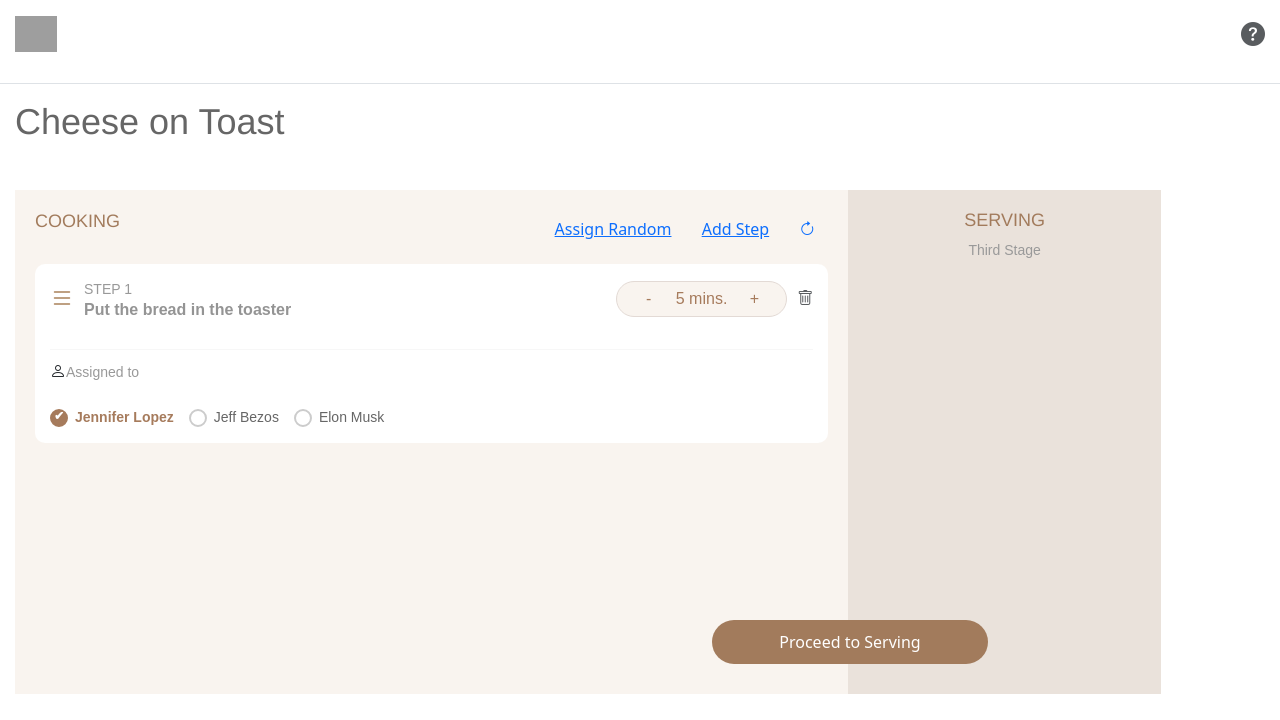
Repository: devashrisamani/SMC
Page: assign.html
The author's editor kept a copy of each file at every save. The page is drawn from the files as they stood at one save, then again after the next save.
The browser window is 1280 px wide. The pictures show the whole page.
Pictures or frames that could not be fetched are drawn as grey boxes. An inner scrolling area shows only its first screen. Some web libraries are served in a nearby version.

Above is the page before, as saved 2024-10-10 14:47:24.

### assign.html
<!DOCTYPE html>
<html lang="en">
  <head>
    <meta charset="UTF-8" />
    <meta name="viewport" content="width=device-width, initial-scale=1.0" />
    <link
      href="https://cdn.jsdelivr.net/npm/bootstrap@5.3.0-alpha1/dist/css/bootstrap.min.css"
      rel="stylesheet"
    />
    <link
      href="https://cdn.jsdelivr.net/npm/bootstrap-icons/font/bootstrap-icons.css"
      rel="stylesheet"
    />
    <link rel="stylesheet" href="styles.css" />
    <title>Assign Page</title>
    <style>
      /* Fixed height and scrollable container */
      .items-needed {
        background-color: #f9f4ef;
        height: 400px;
        overflow-y: auto;
        padding: 20px;
      }

      .list-group {
        margin: 0;
        padding: 0;
        list-style-type: none;
      }

      .step-item {
        border: 1px solid #ddd;
        border-radius: 10px;
        padding: 15px;
        background-color: #f9f9f9;
        margin-bottom: 10px;
      }

      .handle-icon {
        margin-right: 10px;
        font-size: 24px;
        color: #a67c52;
      }

      .step-number {
        margin: 0;
        font-size: 12px;
        color: #a67c52;
      }

      .step-title {
        margin: 0;
        font-size: 16px;
        font-weight: bold;
        color: #949494;
      }

      .step-divider {
        border: none;
        border-top: 1px solid #ddd;
        margin: 10px 0;
      }

      .step-header {
        display: flex;
        align-items: center;
        justify-content: flex-start;
        gap: 10px;
      }

      .step-timer {
        display: flex;
        align-items: center;
        border: 1px solid #e3dad5;
        border-radius: 25px;
        padding: 5px 15px;
        background-color: #f9f4ef;
        flex-shrink: 0;
      }

      .delete-step {
        margin-left: 10px;
        cursor: pointer;
        flex-shrink: 0;
      }

      .timer-btn {
        background-color: #f9f4ef;
        border: none;
        border-radius: 50%;
        width: 24px;
        height: 24px;
        display: inline-flex;
        justify-content: center;
        align-items: center;
        color: #a67b5c;
        cursor: pointer;
        margin: 0 5px;
      }

      .timer-btn:hover {
        background-color: #eae2db;
      }

      .step-timer span {
        color: #a67b5c;
        font-weight: 500;
        margin: 0 10px;
      }

      .delete-step:hover {
        color: #333;
      }

      .step-body {
        margin-top: 10px;
        display: flex;
        flex-direction: column;
        align-items: flex-start;
      }

      .assigned-users {
        display: flex;
        gap: 15px;
        margin-left: 0;
        margin-top: 10px;
      }

      .user-option {
        display: inline-flex;
        align-items: center;
        font-size: 14px;
        color: #666;
        cursor: pointer;
      }

      .user-option input[type="radio"] {
        opacity: 0;
        position: absolute;
      }

      .user-option input[type="radio"] + span {
        display: inline-flex;
        align-items: center;
        gap: 8px;
        position: relative;
        padding-left: 25px;
        color: #666;
      }

      .user-option input[type="radio"] + span::before {
        content: "";
        display: inline-block;
        width: 18px;
        height: 18px;
        border-radius: 50%;
        border: 2px solid #ccc;
        position: absolute;
        left: 0;
        background-color: white;
      }

      .user-option input[type="radio"]:checked + span::before {
        border-color: #a67b5c;
        background-color: #a67b5c;
      }

      .user-option input[type="radio"]:checked + span::after {
        content: "✔";
        position: absolute;
        left: 4px;
        top: 0;
        font-size: 12px;
        color: white;
      }

      .user-option input[type="radio"]:checked + span {
        color: #a67b5c;
        font-weight: bold;
      }
    </style>
  </head>
  <body>
    <header class="container-fluid border-bottom py-3">
      <div class="d-flex justify-content-between align-items-center">
        <div>
          <img src="img/logomark.svg" alt="Logo" class="logo" />
        </div>
        <div>
          <i class="bi bi-question-circle-fill fs-4 text-muted"></i>
        </div>
      </div>
    </header>

    <section class="container-fluid py-3">
      <div class="d-flex justify-content-between align-items-center">
        <h1 class="header-title">Cheese on Toast</h1>
      </div>
    </section>

    <section class="container-fluid py-3">
      <div class="row position-relative">
        <div class="col-md-8 rectangle items-needed">
          <div class="d-flex justify-content-between align-items-center mb-3">
            <h4 class="items-title">COOKING</h4>
            <div>
              <button class="btn btn-link assign-random">Assign Random</button>
              <button class="btn btn-link add-step">Add Step</button>
              <button class="btn btn-link refresh-btn">
                <i class="bi bi-arrow-clockwise"></i>
              </button>
            </div>
          </div>

          <!-- Ingredients will be added here -->
          <ul class="list-group ingredients-list" id="sortable-list">
            <!-- Hardcoded Steps -->
            <li class="step-item list-group-item">
              <div
                class="step-header d-flex align-items-center justify-content-between"
              >
                <div class="d-flex align-items-center">
                  <i class="bi bi-list handle-icon"></i>
                  <div class="step-info">
                    <p class="step-number">STEP 1</p>
                    <h4 class="step-title">Put the bread in the toaster</h4>
                  </div>
                </div>
                <div class="d-flex align-items-center">
                  <div class="step-timer">
                    <button class="timer-btn">-</button>
                    <span>5 mins.</span>
                    <button class="timer-btn">+</button>
                  </div>
                  <i class="bi bi-trash text-muted delete-step ml-2"></i>
                </div>
              </div>
              <hr class="step-divider" />
              <div class="step-body">
                <div class="d-flex align-items-center">
                  <i class="bi bi-person task-icon"></i>
                  <p class="assigned-text mb-0">Assigned to</p>
                </div>
                <div class="assigned-users mt-2">
                  <label class="user-option">
                    <input type="radio" name="assigned-user-1" checked />
                    <span>Jennifer Lopez</span>
                  </label>
                  <label class="user-option">
                    <input type="radio" name="assigned-user-1" />
                    <span>Jeff Bezos</span>
                  </label>
                  <label class="user-option">
                    <input type="radio" name="assigned-user-1" />
                    <span>Elon Musk</span>
                  </label>
                </div>
              </div>
            </li>
            <!-- New Steps will be added here -->
          </ul>
        </div>

        <div class="col-md-3 rectangle serving">
          <h5>SERVING</h5>
          <p>Third Stage</p>
        </div>

        <div class="proceed-btn-wrapper position-absolute">
          <button class="btn btn-primary proceed-btn">
            Proceed to Serving
          </button>
        </div>
      </div>
    </section>

    <script src="https://cdn.jsdelivr.net/npm/sortablejs@1.14.0/Sortable.min.js"></script>
    <script>
      let stepCounter = 4; // Step count starts at 4 since 3 steps are already hardcoded
      let originalOrderHTML = [];

      // Store the original steps for the refresh button
      document.querySelectorAll(".step-item").forEach((item) => {
        originalOrderHTML.push(item.outerHTML);
      });

      // Initialize SortableJS
      let sortable = new Sortable(document.getElementById("sortable-list"), {
        handle: ".handle-icon",
        animation: 150,
        onEnd: function () {
          updateStepNumbers();
        },
      });

      // Update step numbers
      function updateStepNumbers() {
        document.querySelectorAll(".step-item").forEach((item, index) => {
          item.querySelector(".step-number").textContent = `STEP ${index + 1}`;
        });
      }

      // Add Step functionality
      document
        .querySelector(".add-step")
        .addEventListener("click", function () {
          let list = document.getElementById("sortable-list");
          let newCard = `
          <li class="step-item list-group-item">
            <div class="step-header d-flex align-items-center justify-content-between">
              <div class="d-flex align-items-center">
                <i class="bi bi-list handle-icon"></i>
                <div class="step-info">
                  <p class="step-number">STEP ${stepCounter}</p>
                  <input type="text" class="form-control step-title-input" placeholder="Step Title" />
                </div>
              </div>
              <div class="d-flex align-items-center">
                <div class="step-timer">
                  <button class="timer-btn">-</button>
                  <span>5 mins.</span>
                  <button class="timer-btn">+</button>
                </div>
                <i class="bi bi-trash text-muted delete-step ml-2"></i>
              </div>
            </div>
            <hr class="step-divider" />
            <div class="step-body">
              <div class="d-flex align-items-center">
                <i class="bi bi-person task-icon"></i>
                <p class="assigned-text mb-0">Assigned to</p>
              </div>
              <div class="assigned-users mt-2">
                <label class="user-option">
                  <input type="radio" name="assigned-user-${stepCounter}" checked />
                  <span>Jennifer Lopez</span>
                </label>
                <label class="user-option">
                  <input type="radio" name="assigned-user-${stepCounter}" />
                  <span>Jeff Bezos</span>
                </label>
                <label class="user-option">
                  <input type="radio" name="assigned-user-${stepCounter}" />
                  <span>Elon Musk</span>
                </label>
              </div>
            </div>
          </li>
        `;
          list.insertAdjacentHTML("beforeend", newCard);
          stepCounter++;
          addDeleteListeners();
          updateStepNumbers();
          handleTitleEnter();
        });

      // Function to handle when the user presses Enter to finalize step title
      function handleTitleEnter() {
        document.querySelectorAll(".step-title-input").forEach((input) => {
          input.addEventListener("keydown", function (event) {
            if (event.key === "Enter") {
              event.preventDefault(); // Prevent default enter behavior
              const title = document.createElement("h4");
              title.className = "step-title";
              title.textContent = this.value; // Get the value from the input
              this.replaceWith(title); // Replace input with styled h4 element
            }
          });
        });
      }

      // Assign Random functionality
      document
        .querySelector(".assign-random")
        .addEventListener("click", function () {
          const people = ["Jennifer Lopez", "Jeff Bezos", "Elon Musk"];
          document.querySelectorAll(".step-item").forEach((stepItem) => {
            const radios = stepItem.querySelectorAll('input[type="radio"]');
            const randomIndex = Math.floor(Math.random() * radios.length);
            radios[randomIndex].checked = true; // Randomly select one radio button
          });
        });

      // Timer functionality (+/-)
      document.addEventListener("click", function (event) {
        if (event.target.classList.contains("timer-btn")) {
          let timerSpan = event.target.parentNode.querySelector("span");
          let currentTime = parseInt(timerSpan.textContent);
          if (event.target.textContent === "+") {
            timerSpan.textContent = `${currentTime + 1} mins.`;
          } else if (event.target.textContent === "-" && currentTime > 1) {
            timerSpan.textContent = `${currentTime - 1} mins.`;
          }
        }
      });

      // Delete functionality
      function addDeleteListeners() {
        document.querySelectorAll(".delete-step").forEach((button) => {
          button.addEventListener("click", function () {
            this.closest(".step-item").remove();
            updateStepNumbers();
          });
        });
      }

      addDeleteListeners();

      // Refresh functionality
      document
        .querySelector(".refresh-btn")
        .addEventListener("click", function () {
          document.getElementById("sortable-list").innerHTML =
            originalOrderHTML.join("");
          stepCounter = 4; // Reset counter
          addDeleteListeners();
          updateStepNumbers();
        });
    </script>
  </body>
</html>

### styles.css
/* Custom styles for the header */
html,
body {
  margin: 0;
  padding: 0;
  overflow-x: hidden; /* Hide horizontal scrolling */
}

.logo {
  width: 42px;
  height: 36px;
}

.bi-question-circle-fill {
  color: #a27b5c;
}

.border-bottom {
  border-color: #eee;
}

/* Title Section */
.header-title {
  font-family: "Calistoga-Regular", Helvetica, sans-serif;
  color: #666666;
  font-size: 36px;
  margin: 0;
}

.retry-btn {
  border-color: #a27b5c;
  color: #a27b5c;
  border-radius: 20px;
}

.retry-btn:hover {
  background-color: #a27b5c;
  color: #fff;
}

.container-fluid {
  max-width: 100vw; /* Ensure it does not exceed the viewport width */
  padding-right: 15px;
  padding-left: 15px;
  box-sizing: border-box;
}

.row {
  margin-right: 0;
  margin-left: 0;
}
/* Styling for the three rectangles */

.rectangle {
  background-color: #f7f3ef;
  padding: 20px;
  /* height: 100%; */
  min-height: 70vh;
}

.items-needed {
  background-color: #f9f4ef;
}

.cooking {
  background-color: #f2eee9;
  text-align: center;
}

.serving {
  background-color: #eae2db;
  text-align: center;
}

/* Title and Text Styles */
.items-title {
  font-family: "Calistoga-Regular", Helvetica, sans-serif;
  color: #a27b5c;
  font-size: 18px;
  margin-bottom: 15px;
}

.ingredients-list .list-group-item {
  border: none;
  border-radius: 10px;
  background-color: #fff;
  margin-bottom: 10px;
  font-family: "DM Sans", sans-serif;
}

.ingredients-list .list-group-item strong {
  font-size: 18px;
  color: #666666;
}

.ingredients-list .list-group-item p {
  font-size: 14px;
  color: #999999;
}

/* Add Ingredient Button */
.add-ingredient {
  color: #a27b5c;
  font-weight: bold;
  text-decoration: none;
}

.cooking h5,
.serving h5 {
  font-family: "Calistoga-Regular", Helvetica, sans-serif;
  font-size: 18px;
  color: #a27b5c;
}

.cooking p,
.serving p {
  font-family: "DM Sans", sans-serif;
  font-size: 14px;
  color: #999999;
}

/* Flexbox for the title and button alignment */
.d-flex {
  display: flex;
  justify-content: space-between;
  align-items: center;
  margin-bottom: 15px;
}

.proceed-btn-wrapper {
  position: absolute;
  bottom: 30px;
  left: 50%;
  transform: translateX(20%);
  width: 100%; /* Ensure it's 100% of its parent, not wider */
  max-width: 300px; /* Prevent it from getting too large */
  overflow: hidden;
}

.proceed-btn {
  width: 100%;
  max-width: 300px;
  background-color: #a27b5c;
  color: #fff;
  border-radius: 50px;
  font-size: 16px;
  padding: 10px 40px;
  border: none;
}

.proceed-btn:hover {
  background-color: #8c6649;
  color: #fff;
}

After the next save:
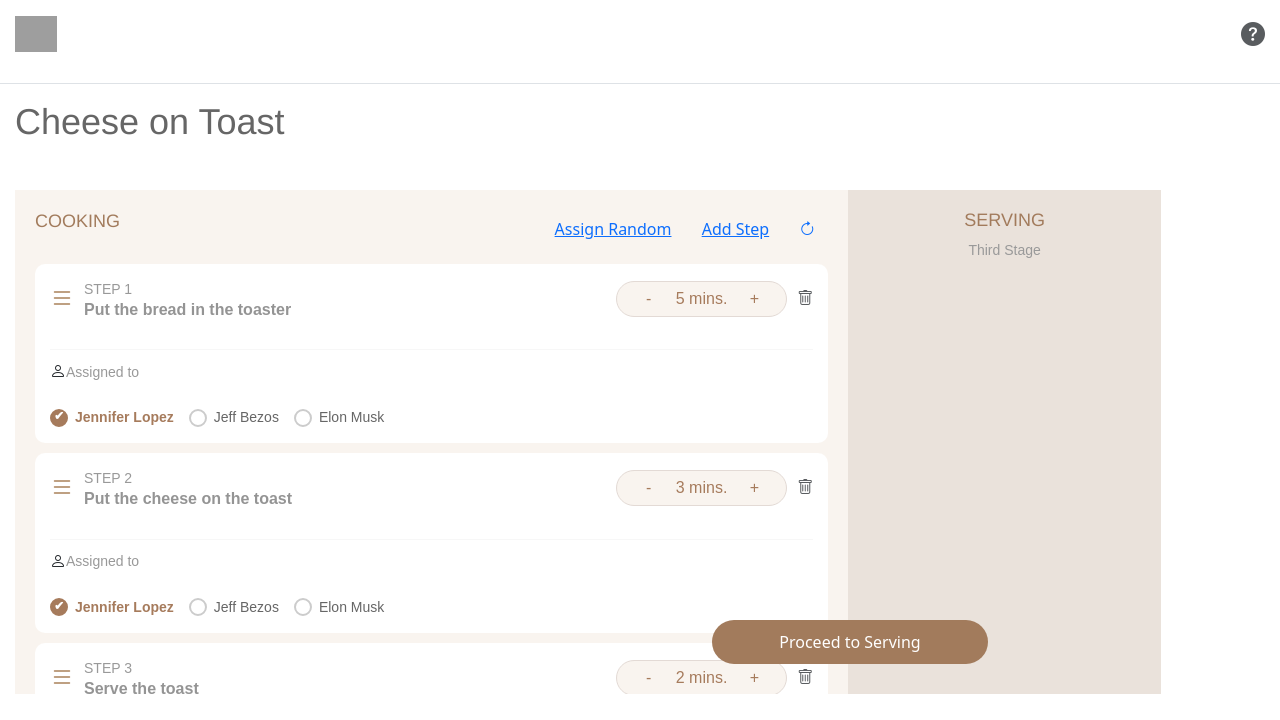
Saved 2 min 35 s later.
--- a/assign.html
+++ b/assign.html
@@ -257,7 +257,92 @@
                 </div>
               </div>
             </li>
-            <!-- New Steps will be added here -->
+
+            <li class="step-item list-group-item">
+              <div
+                class="step-header d-flex align-items-center justify-content-between"
+              >
+                <div class="d-flex align-items-center">
+                  <i class="bi bi-list handle-icon"></i>
+                  <div class="step-info">
+                    <p class="step-number">STEP 2</p>
+                    <h4 class="step-title">Put the cheese on the toast</h4>
+                  </div>
+                </div>
+                <div class="d-flex align-items-center">
+                  <div class="step-timer">
+                    <button class="timer-btn">-</button>
+                    <span>3 mins.</span>
+                    <button class="timer-btn">+</button>
+                  </div>
+                  <i class="bi bi-trash text-muted delete-step ml-2"></i>
+                </div>
+              </div>
+              <hr class="step-divider" />
+              <div class="step-body">
+                <div class="d-flex align-items-center">
+                  <i class="bi bi-person task-icon"></i>
+                  <p class="assigned-text mb-0">Assigned to</p>
+                </div>
+                <div class="assigned-users mt-2">
+                  <label class="user-option">
+                    <input type="radio" name="assigned-user-2" checked />
+                    <span>Jennifer Lopez</span>
+                  </label>
+                  <label class="user-option">
+                    <input type="radio" name="assigned-user-2" />
+                    <span>Jeff Bezos</span>
+                  </label>
+                  <label class="user-option">
+                    <input type="radio" name="assigned-user-2" />
+                    <span>Elon Musk</span>
+                  </label>
+                </div>
+              </div>
+            </li>
+
+            <li class="step-item list-group-item">
+              <div
+                class="step-header d-flex align-items-center justify-content-between"
+              >
+                <div class="d-flex align-items-center">
+                  <i class="bi bi-list handle-icon"></i>
+                  <div class="step-info">
+                    <p class="step-number">STEP 3</p>
+                    <h4 class="step-title">Serve the toast</h4>
+                  </div>
+                </div>
+                <div class="d-flex align-items-center">
+                  <div class="step-timer">
+                    <button class="timer-btn">-</button>
+                    <span>2 mins.</span>
+                    <button class="timer-btn">+</button>
+                  </div>
+                  <i class="bi bi-trash text-muted delete-step ml-2"></i>
+                </div>
+              </div>
+              <hr class="step-divider" />
+              <div class="step-body">
+                <div class="d-flex align-items-center">
+                  <i class="bi bi-person task-icon"></i>
+                  <p class="assigned-text mb-0">Assigned to</p>
+                </div>
+                <div class="assigned-users mt-2">
+                  <label class="user-option">
+                    <input type="radio" name="assigned-user-3" checked />
+                    <span>Jennifer Lopez</span>
+                  </label>
+                  <label class="user-option">
+                    <input type="radio" name="assigned-user-3" />
+                    <span>Jeff Bezos</span>
+                  </label>
+                  <label class="user-option">
+                    <input type="radio" name="assigned-user-3" />
+                    <span>Elon Musk</span>
+                  </label>
+                </div>
+              </div>
+            </li>
           </ul>
         </div>
 
